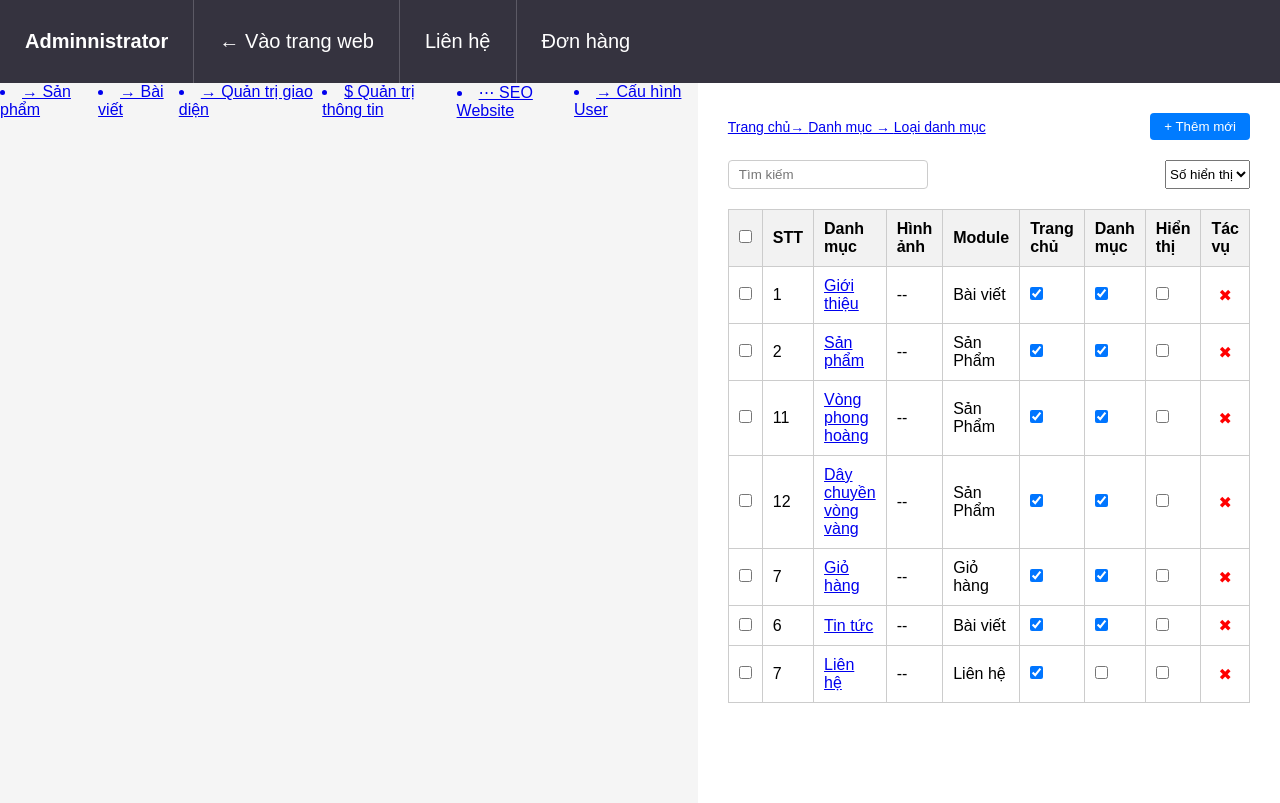
Repository: TranTanDat0606/Du-An-1
Page: Admin]/admin.html
The author's editor kept a copy of each file at every save. The page is drawn from the files as they stood at one save, then again after a run of saves.
The browser window is 1280 px wide. The pictures show the whole page.

Above is the page before, as saved 2025-07-31 08:51:03.

After the next 5 saves:
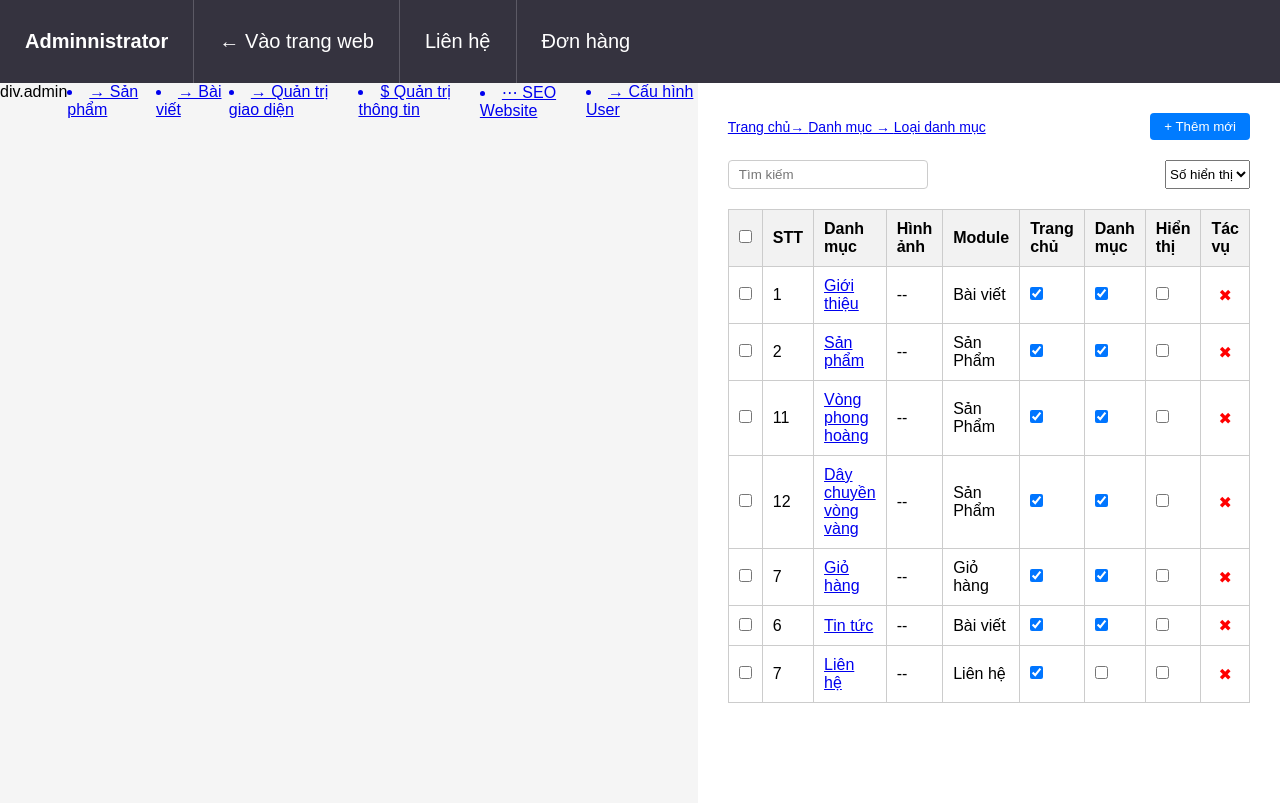
The 5 saves are shown as one change because they came seconds apart.
The last was saved 21 s later.
--- a/Admin]/admin.html
+++ b/Admin]/admin.html
@@ -14,7 +14,7 @@
     <a href="#" class="admin-navbar-item">Đơn hàng</a>
 </header>
     <div class="admin-container">
-
+ div.admin
 
 
         </li>

After the 2 saves that followed:
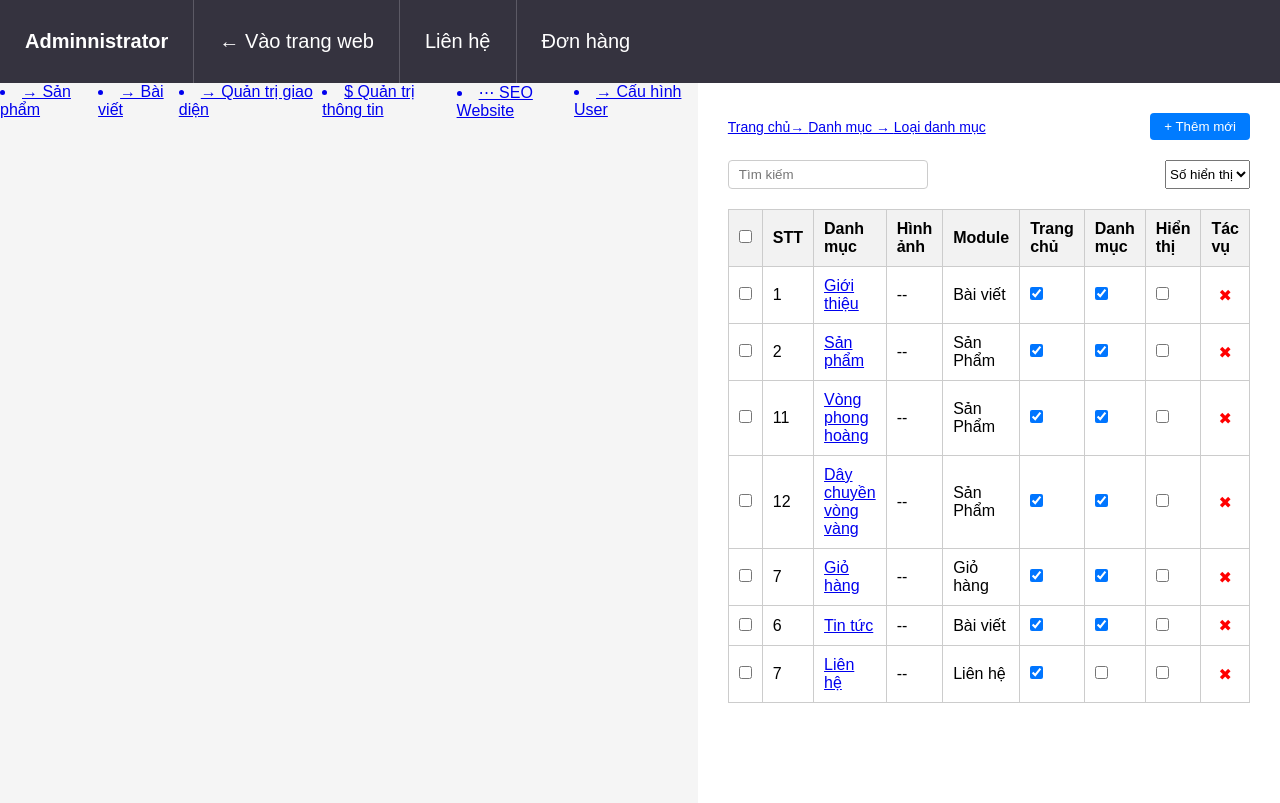
The 2 saves are shown as one change because they came seconds apart.
The last was saved 8 s later.
--- a/Admin]/admin.html
+++ b/Admin]/admin.html
@@ -14,7 +14,9 @@
     <a href="#" class="admin-navbar-item">Đơn hàng</a>
 </header>
     <div class="admin-container">
- div.admin
+ <div class="admin-sidebar">
+
+ </div>
 
 
         </li>
